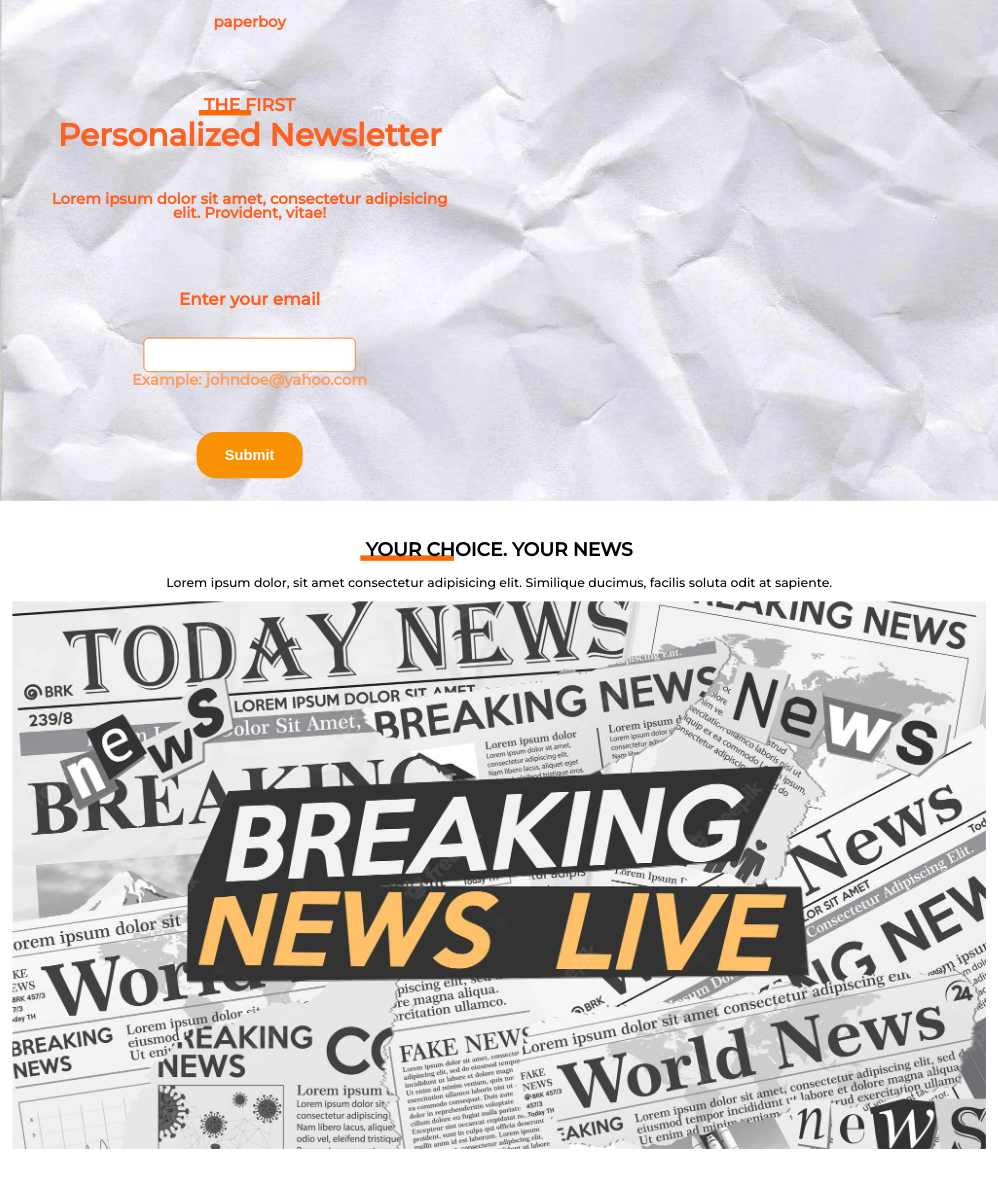
Repository: Gionnn/proiecte
Page: index.html
The author's editor kept a copy of each file at every save. The page is drawn from the files as they stood at one save, then again after the next save.
The browser window is 1280 px wide. The pictures show the whole page, at 78% of full size.

Above is the page before, as saved 2022-11-28 12:32:33.

After the next save:
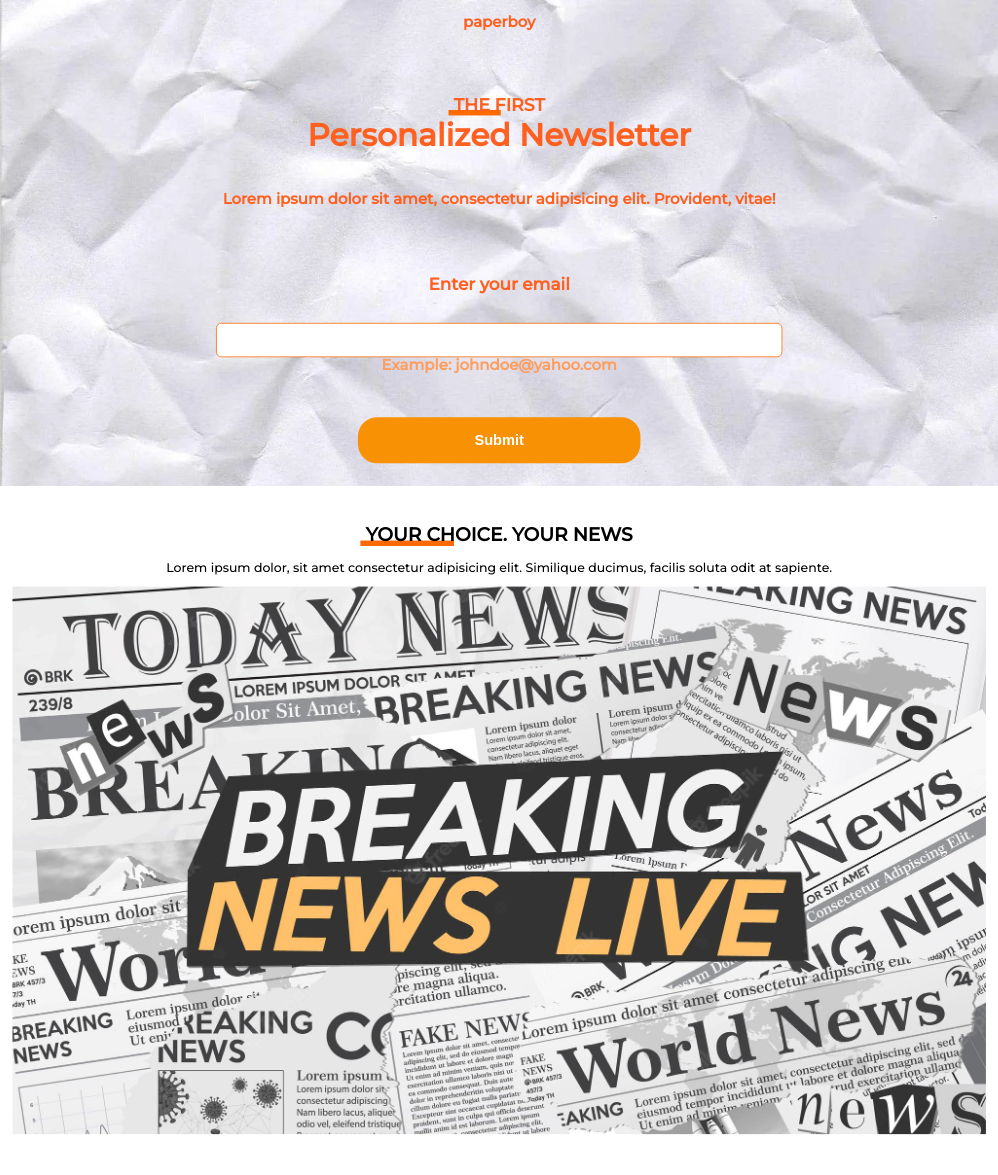
Saved 34 s later.
--- a/css/main.css
+++ b/css/main.css
@@ -135,18 +135,3 @@ p {
     margin: 2em -4em 0;
   }
 }
-
-@media (min-width: 930px) {
-  .hero-bg p {
-    margin: 0 0 3em;
-  }
-  .hero-bg section {
-    width: 40%;
-  }
-
-  .form-container {
-    margin: 2em 0 0;
-    padding: 2em;
-    border-radius: 0.5em;
-  }
-}
